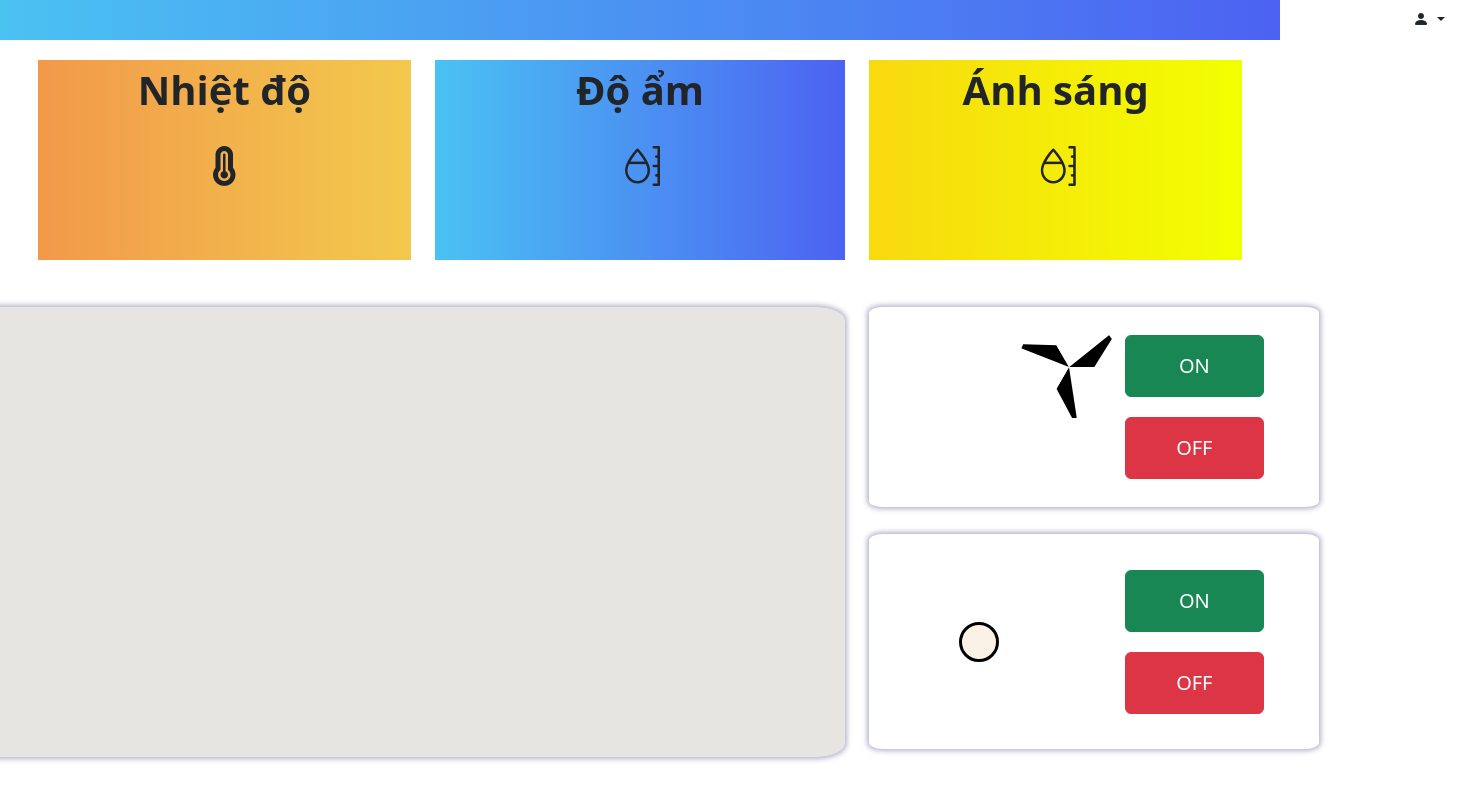
Repository: ndmq03102002/BTL_IOT
Page: Fontend_IOT/iot/index.html
These files come from the project's save history. The page is drawn as it stood at one moment and after the next save; the edit follows.
The browser window is 1280 px wide. The page is 1458 px wide, so the pictures cover 1458 px, including what lies to the right of the window. The pictures show the whole page.
Some web libraries are served in a nearby version.

Above is the page before, as saved 2023-09-07 09:32:49.

After the next save:
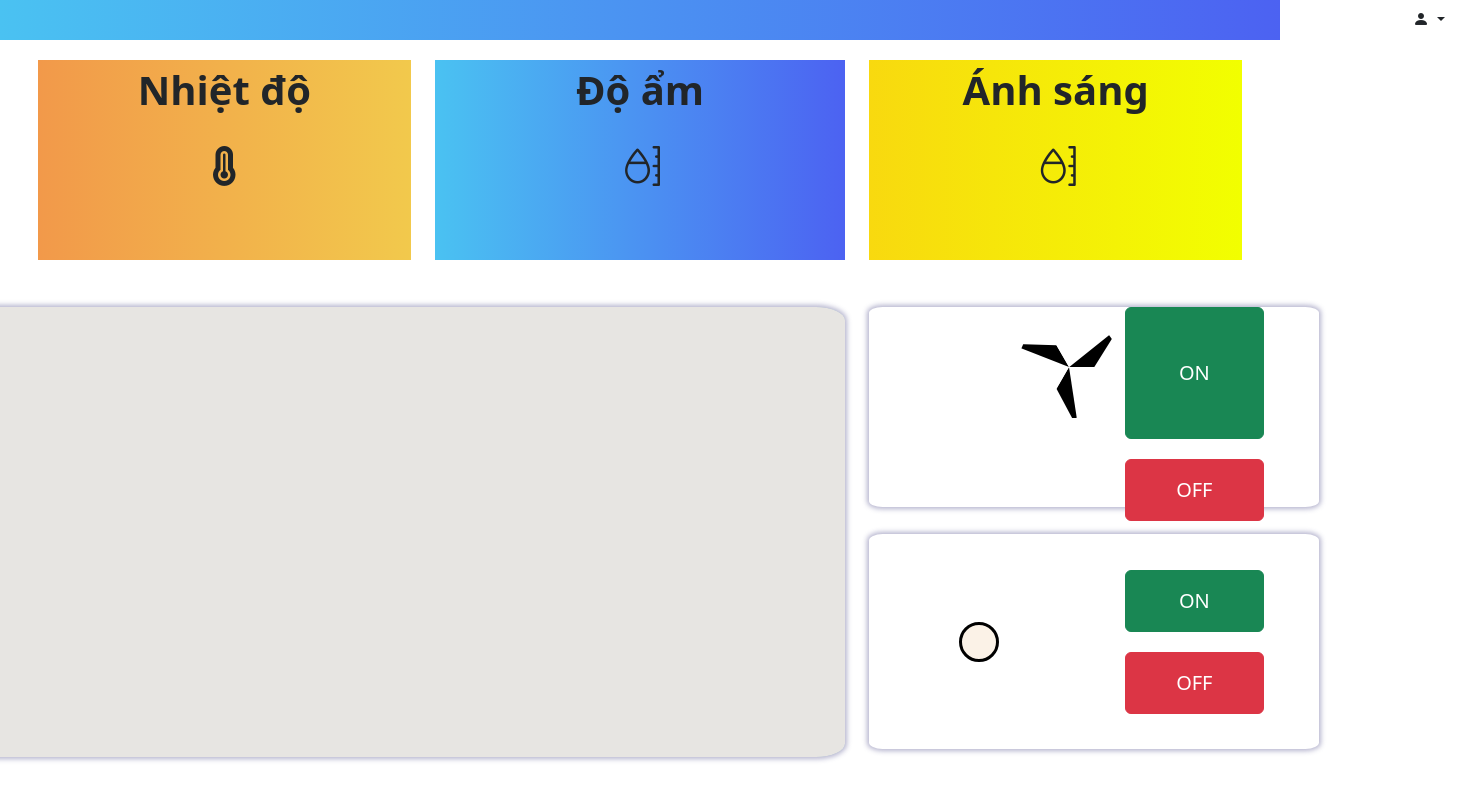
Saved 76 s later.
--- a/Fontend_IOT/iot/index.html
+++ b/Fontend_IOT/iot/index.html
@@ -66,7 +66,7 @@
                         <div class="stand"></div>
                     </div>
                     <div class="button" style="margin: auto;">
-                        <button class="btn btn-success " onclick="OnFan()" style="--bs-btn-padding-y: 15px; --bs-btn-padding-x: 50px; --bs-btn-font-size: 20px; ">ON</button>
+                        <button class="btn btn-success " onclick="OnFan()" style="--bs-btn-padding-x: 15px; --bs-btn-padding-y: 50px; --bs-btn-font-size: 20px; ">ON</button>
                          <button class="btn btn-danger " onclick="OffFan()" style="margin-top: 20px; --bs-btn-padding-y: 15px; --bs-btn-padding-x: 50px; --bs-btn-font-size: 20px;">OFF</button>
 
                     </div>

After the save that followed:
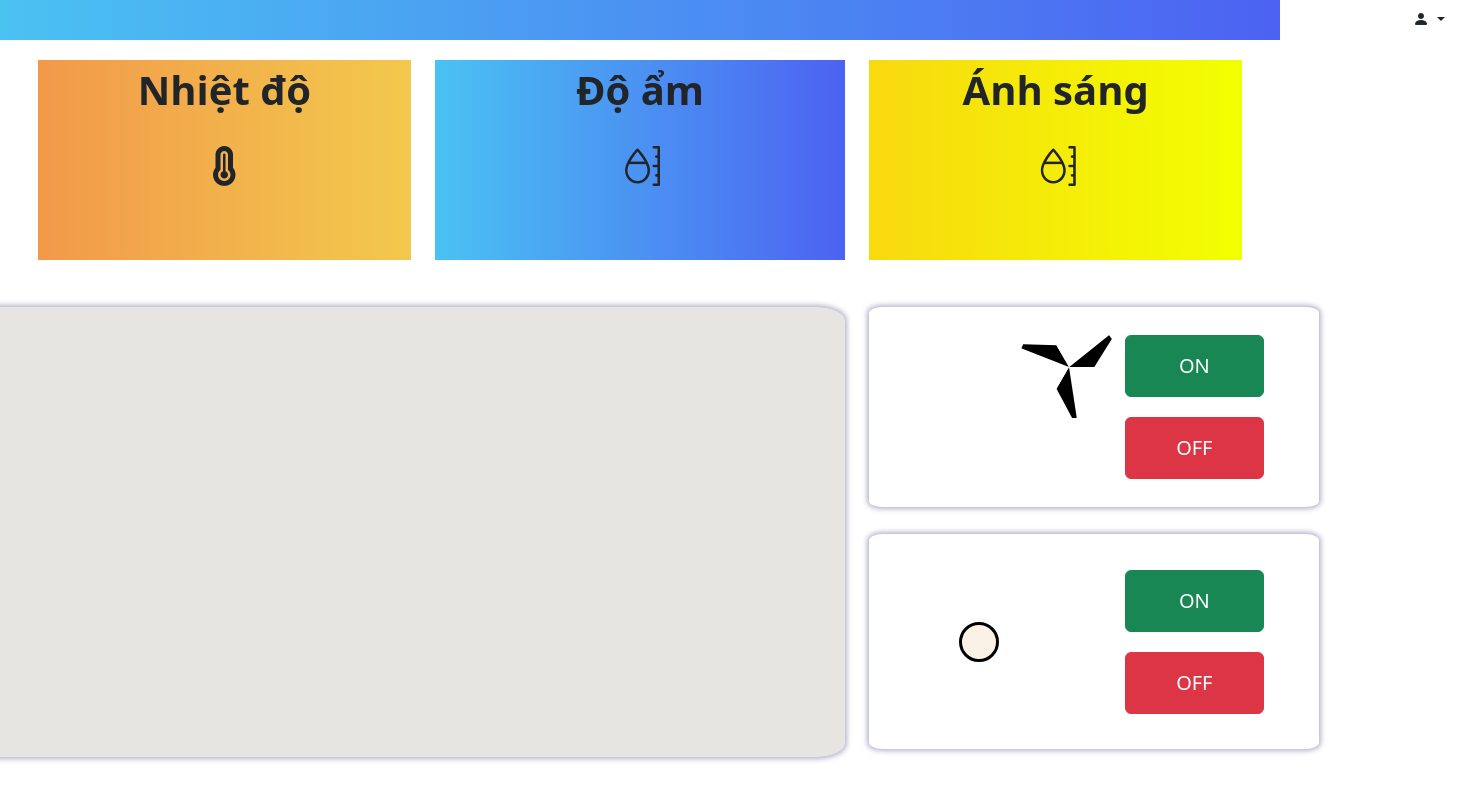
Saved 9 s later.
--- a/Fontend_IOT/iot/index.html
+++ b/Fontend_IOT/iot/index.html
@@ -66,7 +66,7 @@
                         <div class="stand"></div>
                     </div>
                     <div class="button" style="margin: auto;">
-                        <button class="btn btn-success " onclick="OnFan()" style="--bs-btn-padding-x: 15px; --bs-btn-padding-y: 50px; --bs-btn-font-size: 20px; ">ON</button>
+                        <button class="btn btn-success " onclick="OnFan()" style="--bs-btn-padding-y: 15px; --bs-btn-padding-x: 50px; --bs-btn-font-size: 20px; ">ON</button>
                          <button class="btn btn-danger " onclick="OffFan()" style="margin-top: 20px; --bs-btn-padding-y: 15px; --bs-btn-padding-x: 50px; --bs-btn-font-size: 20px;">OFF</button>
 
                     </div>
